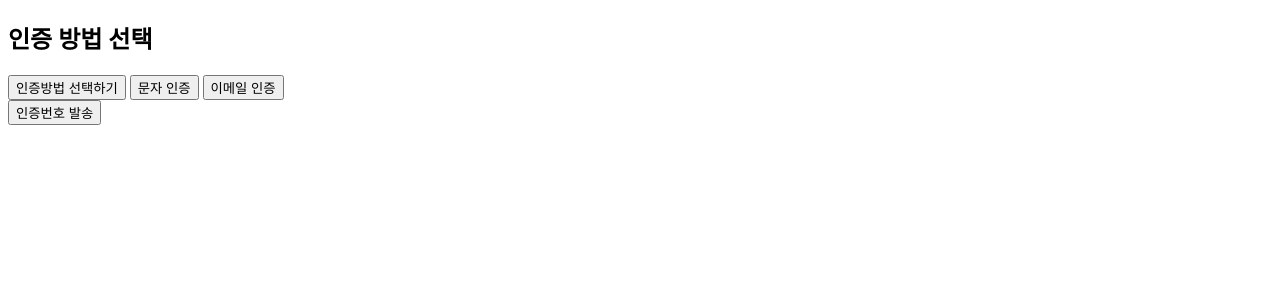
Repository: 0hmuse/day0330-2
Page: day0330-1/src/main/resources/static/test2.html
These files come from the project's save history. The page is drawn as it stood at one moment and after the next save; the edit follows.
The browser window is 1280 px wide. The pictures show the whole page.
After loading, the first visible `#sel` was clicked once.

Above is the page before, as saved 2020-03-30 08:20:59.

After the next save:
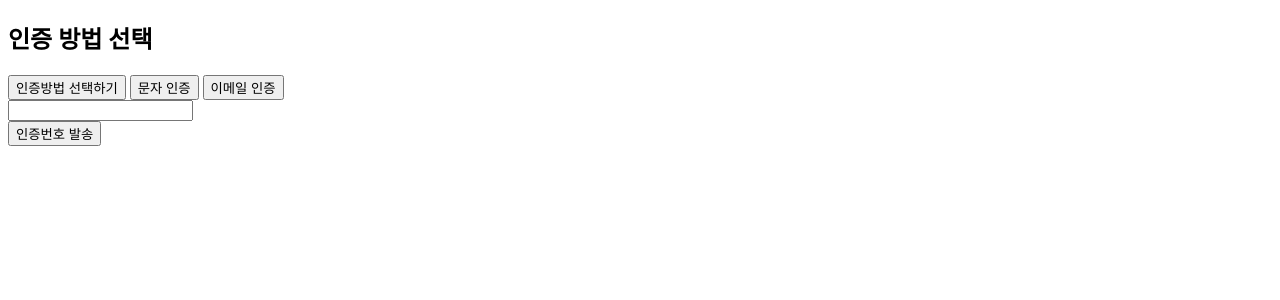
Saved 10 s later.
--- a/day0330-1/src/main/resources/static/test2.html
+++ b/day0330-1/src/main/resources/static/test2.html
@@ -8,14 +8,14 @@
 $(function(){
 
 	$("#sel").click(function(){
-
+		var input = $("<input type='text' id='i_sms' name='i_sms'>");
+		$("#f").append(input);
 	})
 
 
 	$("#sms").click(function(){
 		$("#f").empty();
-		var input = $("<input type='text' id='i_sms' name='i_sms'>");
-		$("#f").append(input);
+
 		var data = $("#f").serialize();
 		$("#send").click("/sms.do",{data:data,success:function(r){
 			alert(sdata);
